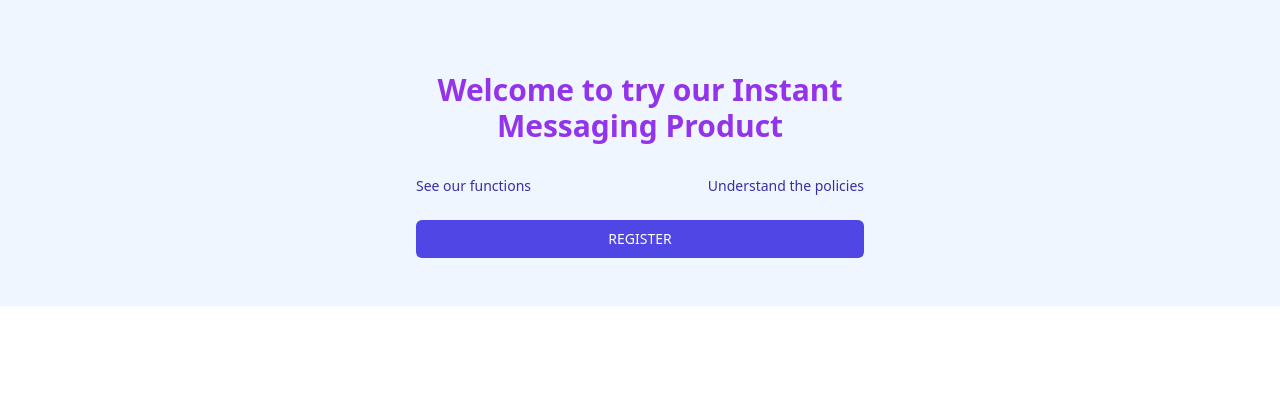
Repository: LiuRuohui/test_the_tailwindcss
Page: /
These files come from the project's save history. The page is drawn as it stood at one moment and after the next save; the edit follows.
The browser window is 1280 px wide. The pictures show the whole page.
The project was rebuilt for these pictures with package versions that can differ from the ones it lists, and the page was loaded fresh each time. Also part of the build but not shown: vite.config.js.

Above is the page before, as saved 2022-03-02 23:36:12.

### src/App.vue
<script setup>
import WelcomingPage from "./components/WelcomingPage.vue"
</script>

<template>
<WelcomingPage class="bg-blue-50"></WelcomingPage>
</template>

<style>

</style>

### src/index.css
@tailwind base;
@tailwind components;
.btn {
    @apply inline-block px-5 py-3 rounded-lg shadow-lg bg-indigo-500
}

.btn:hover {
    @apply bg-indigo-400
}

.btn:focus {
    @apply outline-none
}

.btn:active {
    @apply bg-indigo-600
}

@tailwind utilities;
@layer components {
    .card {
        background-color: theme('colors.blue.500');
        border-radius: theme('borderRadius.lg');
        padding: theme('spacing.6');
        box-shadow: theme('boxShadow.xl');
    }
    /* ... */
}

### src/components/WelcomingPage.vue
<template>
<div class="min-h-full flex items-center justify-center py-12 px-4 sm:px-6 lg:px-8">
  <div class="max-w-md w-full space-y-8">
    <div>
      <h2 class="mt-6 text-center text-3xl font-extrabold text-purple-600">Welcome to try our Instant Messaging Product</h2>
    </div>
    <div class="mt-8 space-y-6">
      <div class="flex items-center justify-between">
        <div class="text-sm">
          <a href="#" class="font-medium text-indigo-800 hover:text-indigo-500"> See our functions </a>
        </div>
        <div class="text-sm">
          <a href="#" class="font-medium text-indigo-800 hover:text-indigo-500"> Understand the policies</a>
        </div>
      </div>
      <div>
        <button  class="group relative w-full flex justify-center py-2 px-4 border border-transparent text-sm font-medium rounded-md text-white bg-indigo-600 hover:bg-indigo-700 focus:outline-none focus:ring-2 focus:ring-offset-2 focus:ring-indigo-500">
          REGISTER
        </button>
      </div>
    </div>
  </div>
</div>
</template>

<script>

</script>

### tailwind.config.js
module.exports = {
    content: [
        "./index.html",
        "./src/**/*.{vue,js,ts,jsx,tsx}",
    ],
    theme: {
        extend: {},
    },
    variants: {
        backgroundColor: ['responsive', 'hover', 'focus', 'active']
    },
    plugins: [],
}

Loaded but not shown: index.html (common file); src/main.js (common file)

After the next save:
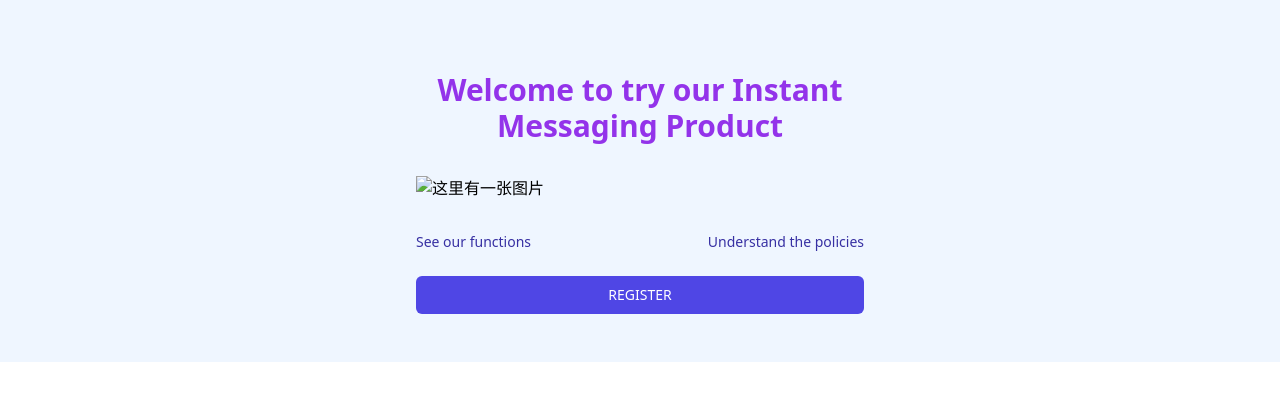
Saved 40 s later.
--- a/src/components/WelcomingPage.vue
+++ b/src/components/WelcomingPage.vue
@@ -3,6 +3,9 @@
   <div class="max-w-md w-full space-y-8">
     <div>
       <h2 class="mt-6 text-center text-3xl font-extrabold text-purple-600">Welcome to try our Instant Messaging Product</h2>
+    </div>
+    <div>
+        <img src="" alt="这里有一张图片">
     </div>
     <div class="mt-8 space-y-6">
       <div class="flex items-center justify-between">
